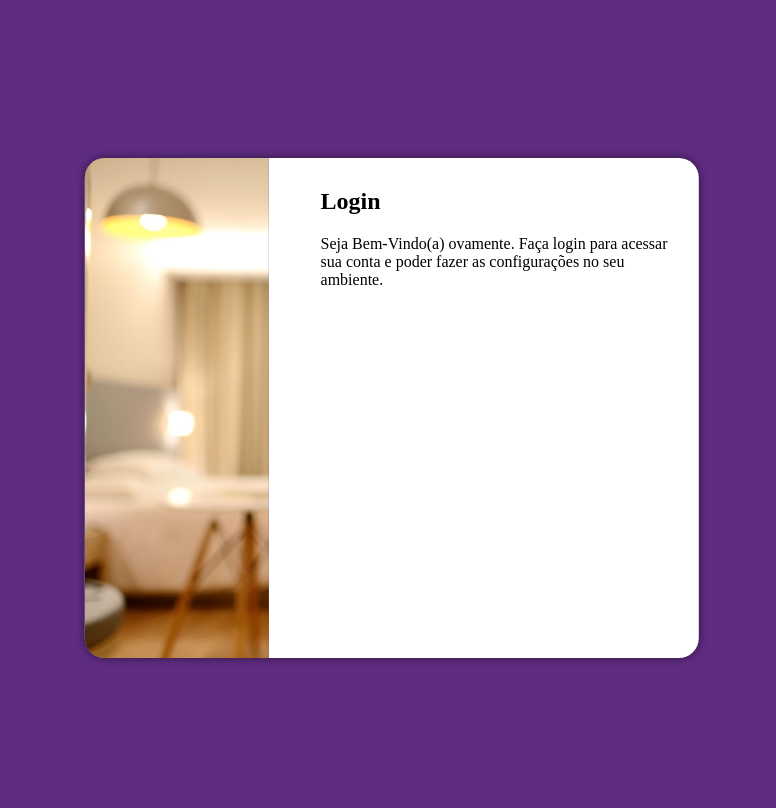
Repository: Guillermomarcon/Projeto-Login
Page: index.html
An editor plug-in stored every save of this project. The page is shown before and after the next save, followed by the edit.
The browser window is 768 px wide. The page is 776 px wide, so the pictures cover 776 px, including what lies to the right of the window. The pictures show the whole page.

Above is the page before, as saved 2022-09-22 18:55:33.

### index.html
<!DOCTYPE html>
<html lang="pt-br">
<head>
    <meta charset="UTF-8">
    <meta http-equiv="X-UA-Compatible" content="IE=edge">
    <meta name="viewport" content="width=device-width, initial-scale=1.0">
    <title>Login</title>
    <link rel="stylesheet" href="estilos/style.css">
    <link rel="stylesheet" href="estilos/media-query.css">
</head>
<body>
    <main>
        <section id="login">
            <div id="imagem">
            <!--Aqui vai a imagem css-->
            </div>

            <div id="formulario">
                <h1>Login</h1>

                <p>
                    Seja Bem-Vindo(a) ovamente. Faça login para acessar sua conta e poder fazer as configurações no seu ambiente.
                </p>
                <form action="login.php" method="post">


                </form>
            </div>
        </section>
    </main>

</body>
</html>

### estilos/style.css
@charset "utf-8"


/*
Paleta de cores
verde #49a09d
lilas #5f2c82
*/

*{
    font-family:system-ui, -apple-system, BlinkMacSystemFont, 'Segoe UI', Roboto, Oxygen, Ubuntu, Cantarell, 'Open Sans', 'Helvetica Neue', sans-serif;
    padding: 0px;
    margin: 0px;
    box-sizing: border-box;
}

body, html {
    background-color:#5f2c82 ;
    height: 100vh;
    width: 100vw;
}
main {
    position: relative;

    height: 100vh;
    width: 100vw;
}

section#login {
    position: absolute;
    top: 50%;
    left: 50%;
    transform: translate(-50%,-50%);
    background-color:white ;
    width: 250px;
    height: 500px;
    border-radius: 20px;
    overflow: auto;
    box-shadow: 0px 0px 10px rgba(0, 0, 0, 0.527);
    transition: width .3s, height .3s;
    transition-timing-function: ease ;

}

section#login > div#imagem {
    display: block;
    background: #5f2c82 url(../imagens/pexels-pixabay-271639.jpg) no-repeat;
    background-size: cover;
    background-position: left bottom ;
    height: 200px;

}

section#login > div#formulario {
    display: block;
    padding: 10px;

}

### estilos/media-query.css
@charset "UTF-8";

/*
Typical Device Breakpoints
pequenas telas - até 600px
celular- de 600px até 768px
Tablet - 768px até 992px
Desktop - 992px até 1200px
Grandes - acoma de 1200px
*/

@media screen and (min-width: 768px) and (max-width: 992px) {

    body {
        background-image: linear-gradient(to top, );
    }
    section#login {
        width: 80vw;
    }

    section#login > div#imagem {
        float: left;
        width: 30%;
        height: 100%;
    }

    section#login > div#formulario {
        float: right;
        width: 60%;
    }

}

@media  screen and (min-width: 992px)  {
    section#login {
        width: 950px;
    }

    section#login > div#imagem {
        float: left;
        width: 50%;
        height: 100%;
    }

    section#login > div#formulario {
        float: right;
        width: 45%;
    }



}

After the next save:
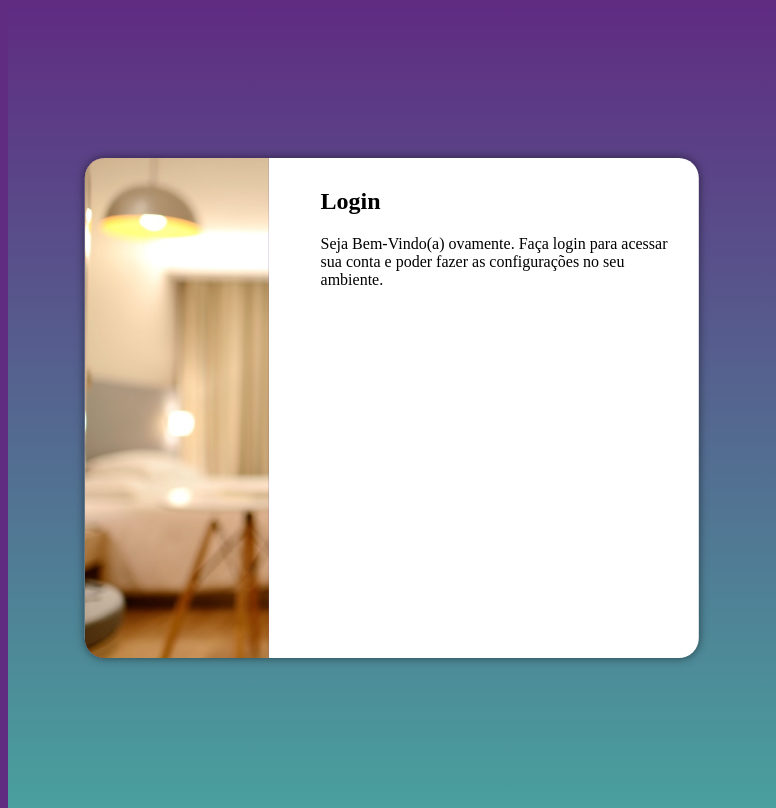
Saved 4 s later.
--- a/estilos/media-query.css
+++ b/estilos/media-query.css
@@ -12,7 +12,7 @@ Grandes - acoma de 1200px
 @media screen and (min-width: 768px) and (max-width: 992px) {
 
     body {
-        background-image: linear-gradient(to top, );
+        background-image: linear-gradient(to top,#49a09d, #5f2c82 );
     }
     section#login {
         width: 80vw;
